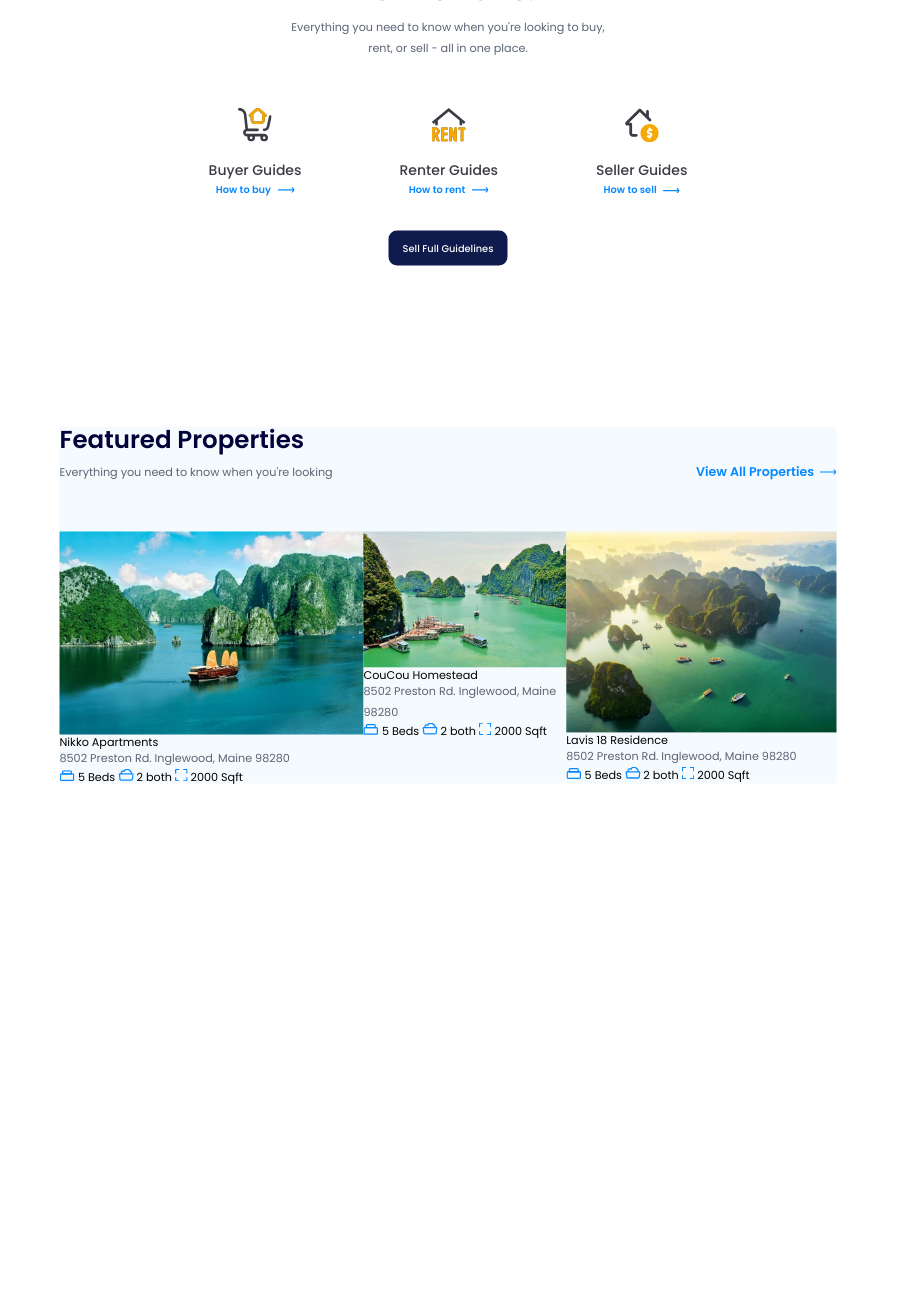
Repository: anhtien111198/f8-htmlcss-01
Page: index.html
An editor plug-in stored every save of this project. The page is shown before and after the next save, followed by the edit.
The browser window is 1280 px wide. The page is 1295 px wide, so the pictures cover 1295 px, including what lies to the right of the window. The pictures show the part of the page from y = 1275 to 3155 px (the page is 10000 px tall), at 70% of full size.

Above is the page before, as saved 2023-04-30 00:55:04.

### index.html
<!DOCTYPE html>
<html lang="en">
    <head>
        <meta charset="UTF-8" />
        <meta http-equiv="X-UA-Compatible" content="IE=edge" />
        <meta name="viewport" content="width=device-width, initial-scale=1.0" />
        <title>F8 project 01</title>
        <link rel="stylesheet" href="./assets/css/reset.css" />
        <link rel="stylesheet" href="./assets/fonts/stylesheet.css" />
        <link rel="stylesheet" href="./assets/css/styles.css" />
    </head>
    <body>
        <main style="height: 10000px">
            <!-- Header -->
            <header class="header">
                <div class="content">
                    <nav class="navbar">
                        <!-- logo -->
                        <img src="./assets/img/logo.svg" alt="Besnik." />
                        <!-- Navigation -->
                        <ul>
                            <li>
                                <a href="#!">Home</a>
                            </li>
                            <li>
                                <a href="#!">Features</a>
                            </li>
                            <li>
                                <a href="#!">Services</a>
                            </li>
                            <li>
                                <a href="#!">Resources</a>
                            </li>
                            <li>
                                <a href="#!">Contact</a>
                            </li>
                        </ul>
                        <!-- Action -->
                        <div class="action">
                            <a href="#!" class="action-link">Sign in</a>
                            <a href="#!" class="btn action-btn">Sing up</a>
                        </div>
                    </nav>

                    <div class="hero">
                        <div class="info">
                            <p class="sub-title">Welcome to Besnik Agency</p>
                            <h1 class="title">
                                Discover a place you'll love to live.
                            </h1>
                            <p class="desc">
                                get the best real estate deals first, before
                                they hit the mass market! HOT FORECLOSURE DEALS
                                with one simple search.
                            </p>
                            <a href="#!" class="btn hero-cta">More About Us</a>
                        </div>

                        <img
                            src="./assets/img/house illustration.svg"
                            alt="Discover a place you'll love to live."
                            class="hero-img"
                        />
                    </div>
                </div>
            </header>

            <!-- clients -->
            <div class="clients">
                <div class="content">
                    <div class="row">
                        <img src="./assets/img/logo.svg" alt="Besnik." />
                        <!-- start -->
                        <div class="start">
                            <img src="./assets/img/start.svg" alt="start" />
                            <img src="./assets/img/start.svg" alt="start" />
                            <img src="./assets/img/start.svg" alt="start" />
                            <img src="./assets/img/start.svg" alt="start" />
                            <img src="./assets/img/start.svg" alt="start" />
                        </div>
                    </div>
                    <div class="row row-desc">
                        <p class="desc">
                            More than 45,000+ companies trust besnik
                        </p>
                        <p class="desc">5 Star Ratings (2k+ Review)</p>
                    </div>
                    <div class="images">
                        <img src="./assets/img/client-1.svg" alt="client 1" />
                        <img src="./assets/img/client-2.svg" alt="client 2" />
                        <img src="./assets/img/client-3.svg" alt="client 3" />
                        <img src="./assets/img/client-4.svg" alt="client 4" />
                        <img src="./assets/img/client-5.svg" alt="client 5" />
                    </div>
                </div>
            </div>

            <!-- Guides -->
            <div class="guides">
                <div class="content">
                    <h2 class="sub-title">How its works?</h2>
                    <p class="desc">
                        Everything you need to know when you're looking to buy,
                        rent, or sell - all in one place.
                    </p>
                    <!-- list guide -->
                    <ul class="list-guide">
                        <li class="guide-item">
                            <img
                                src="./assets/img/buyer.svg"
                                alt="buyer"
                                class="icon"
                            />
                            <h3 class="title">Buyer Guides</h3>
                            <a href="#!" class="link">
                                <span>How to buy</span>
                                <img
                                    src="./assets/img/arow-right.svg"
                                    alt="arrow-right"
                                    class="arrow"
                                />
                            </a>
                        </li>
                        <li class="guide-item">
                            <img
                                src="./assets/img/renter.svg"
                                alt="renter"
                                class="icon"
                            />
                            <h3 class="title">Renter Guides</h3>
                            <a href="#!" class="link">
                                <span>How to rent</span>
                                <img
                                    src="./assets/img/arow-right.svg"
                                    alt="arrow-right"
                                    class="arrow"
                                />
                            </a>
                        </li>
                        <li class="guide-item">
                            <img
                                src="./assets/img/seller.svg"
                                alt="seller"
                                class="icon"
                            />
                            <h3 class="title">Seller Guides</h3>
                            <a href="#!" class="link">
                                <span>How to sell</span>
                                <img
                                    src="./assets/img/arow-right.svg"
                                    alt="arrow-right"
                                    class="arrow"
                                />
                            </a>
                        </li>
                    </ul>
                    <div class="guide-cta">
                        <a href="#!" class="btn">Sell Full Guidelines</a>
                    </div>
                </div>
            </div>

            <!-- Featured -->
            <div class="featured">
                <div class="content">
                    <header>
                        <h2 class="sub-title">Featured Properties</h2>
                        <div class="row">
                            <p class="desc">
                                Everything you need to know when you're looking
                            </p>
                            <a href="#!" class="link">
                                <span>View All Properties</span>
                                <img
                                    src="./assets/img/arow-right.svg"
                                    alt="arrow-right"
                                    class="arrow"
                                />
                            </a>
                        </div>
                    </header>
                    <div class="list">
                        <!-- Featured-item 1 -->
                        <div class="item">
                            <img
                                src="./assets/img/featuured-1.jpg"
                                alt="Nikko Apartments"
                                class="thumb"
                            />
                            <div class="body">
                                <h3 class="title">Nikko Apartments</h3>
                                <p class="desc">
                                    8502 Preston Rd. Inglewood, Maine 98280
                                </p>
                                <div class="info">
                                    <img
                                        src="./assets/img/bed.svg"
                                        alt=""
                                        class="icon"
                                    />
                                    <span class="label">5 Beds</span>

                                    <img
                                        src="./assets/img/both.svg"
                                        alt=""
                                        class="icon"
                                    />
                                    <span class="label">2 both</span>

                                    <img
                                        src="./assets/img/sqft.svg"
                                        alt=""
                                        class="icon"
                                    />
                                    <span class="label">2000 Sqft</span>
                                </div>
                            </div>
                        </div>

                        <!-- Featured-item 2 -->
                        <div class="item">
                            <img
                                src="./assets/img/featured-2.jpg"
                                alt="CouCou Homestead"
                                class="thumb"
                            />
                            <div class="body">
                                <h3 class="title">CouCou Homestead</h3>
                                <p class="desc">
                                    8502 Preston Rd. Inglewood, Maine 98280
                                </p>
                                <div class="info">
                                    <img
                                        src="./assets/img/bed.svg"
                                        alt=""
                                        class="icon"
                                    />
                                    <span class="label">5 Beds</span>

                                    <img
                                        src="./assets/img/both.svg"
                                        alt=""
                                        class="icon"
                                    />
                                    <span class="label">2 both</span>

                                    <img
                                        src="./assets/img/sqft.svg"
                                        alt=""
                                        class="icon"
                                    />
                                    <span class="label">2000 Sqft</span>
                                </div>
                            </div>
                        </div>

                        <!-- Featured-item 3 -->
                        <div class="item">
                            <img
                                src="./assets/img/featured-3.jpg"
                                alt="Lavis 18 Residence"
                                class="thumb"
                            />
                            <div class="body">
                                <h3 class="title">Lavis 18 Residence</h3>
                                <p class="desc">
                                    8502 Preston Rd. Inglewood, Maine 98280
                                </p>
                                <div class="info">
                                    <img
                                        src="./assets/img/bed.svg"
                                        alt=""
                                        class="icon"
                                    />
                                    <span class="label">5 Beds</span>

                                    <img
                                        src="./assets/img/both.svg"
                                        alt=""
                                        class="icon"
                                    />
                                    <span class="label">2 both</span>

                                    <img
                                        src="./assets/img/sqft.svg"
                                        alt=""
                                        class="icon"
                                    />
                                    <span class="label">2000 Sqft</span>
                                </div>
                            </div>
                        </div>
                    </div>
                </div>
            </div>
        </main>
    </body>
</html>

### assets/fonts/stylesheet.css
@font-face {
    font-family: "Poppins";
    src: url("Poppins/Poppins-Black.woff2") format("woff2"),
        url("Poppins/Poppins-Black.woff") format("woff");
    font-weight: 900;
    font-style: normal;
    font-display: swap;
}

@font-face {
    font-family: "Poppins";
    src: url("Poppins/Poppins-Bold.woff2") format("woff2"),
        url("Poppins/Poppins-Bold.woff") format("woff");
    font-weight: bold;
    font-style: normal;
    font-display: swap;
}

@font-face {
    font-family: "Poppins";
    src: url("Poppins/Poppins-BlackItalic.woff2") format("woff2"),
        url("Poppins/Poppins-BlackItalic.woff") format("woff");
    font-weight: 900;
    font-style: italic;
    font-display: swap;
}

@font-face {
    font-family: "Poppins";
    src: url("Poppins/Poppins-BoldItalic.woff2") format("woff2"),
        url("Poppins/Poppins-BoldItalic.woff") format("woff");
    font-weight: bold;
    font-style: italic;
    font-display: swap;
}

@font-face {
    font-family: "Poppins";
    src: url("Poppins/Poppins-ExtraBoldItalic.woff2") format("woff2"),
        url("Poppins/Poppins-ExtraBoldItalic.woff") format("woff");
    font-weight: bold;
    font-style: italic;
    font-display: swap;
}

@font-face {
    font-family: "Poppins";
    src: url("Poppins/Poppins-ExtraBold.woff2") format("woff2"),
        url("Poppins/Poppins-ExtraBold.woff") format("woff");
    font-weight: bold;
    font-style: normal;
    font-display: swap;
}

@font-face {
    font-family: "Poppins";
    src: url("Poppins/Poppins-ExtraLight.woff2") format("woff2"),
        url("Poppins/Poppins-ExtraLight.woff") format("woff");
    font-weight: 200;
    font-style: normal;
    font-display: swap;
}

@font-face {
    font-family: "Poppins";
    src: url("Poppins/Poppins-ExtraLightItalic.woff2") format("woff2"),
        url("Poppins/Poppins-ExtraLightItalic.woff") format("woff");
    font-weight: 200;
    font-style: italic;
    font-display: swap;
}

@font-face {
    font-family: "Poppins";
    src: url("Poppins/Poppins-LightItalic.woff2") format("woff2"),
        url("Poppins/Poppins-LightItalic.woff") format("woff");
    font-weight: 300;
    font-style: italic;
    font-display: swap;
}

@font-face {
    font-family: "Poppins";
    src: url("Poppins/Poppins-Light.woff2") format("woff2"),
        url("Poppins/Poppins-Light.woff") format("woff");
    font-weight: 300;
    font-style: normal;
    font-display: swap;
}

@font-face {
    font-family: "Poppins";
    src: url("Poppins/Poppins-Italic.woff2") format("woff2"),
        url("Poppins/Poppins-Italic.woff") format("woff");
    font-weight: normal;
    font-style: italic;
    font-display: swap;
}

@font-face {
    font-family: "Poppins";
    src: url("Poppins/Poppins-Regular.woff2") format("woff2"),
        url("Poppins/Poppins-Regular.woff") format("woff");
    font-weight: normal;
    font-style: normal;
    font-display: swap;
}

@font-face {
    font-family: "Poppins";
    src: url("Poppins/Poppins-MediumItalic.woff2") format("woff2"),
        url("Poppins/Poppins-MediumItalic.woff") format("woff");
    font-weight: 500;
    font-style: italic;
    font-display: swap;
}

@font-face {
    font-family: "Poppins";
    src: url("Poppins/Poppins-SemiBoldItalic.woff2") format("woff2"),
        url("Poppins/Poppins-SemiBoldItalic.woff") format("woff");
    font-weight: 600;
    font-style: italic;
    font-display: swap;
}

@font-face {
    font-family: "Poppins";
    src: url("Poppins/Poppins-Thin.woff2") format("woff2"),
        url("Poppins/Poppins-Thin.woff") format("woff");
    font-weight: 100;
    font-style: normal;
    font-display: swap;
}

@font-face {
    font-family: "Poppins";
    src: url("Poppins/Poppins-Medium.woff2") format("woff2"),
        url("Poppins/Poppins-Medium.woff") format("woff");
    font-weight: 500;
    font-style: normal;
    font-display: swap;
}

@font-face {
    font-family: "Poppins";
    src: url("Poppins/Poppins-SemiBold.woff2") format("woff2"),
        url("Poppins/Poppins-SemiBold.woff") format("woff");
    font-weight: 600;
    font-style: normal;
    font-display: swap;
}

@font-face {
    font-family: "Poppins";
    src: url("Poppins/Poppins-ThinItalic.woff2") format("woff2"),
        url("Poppins/Poppins-ThinItalic.woff") format("woff");
    font-weight: 100;
    font-style: italic;
    font-display: swap;
}

### assets/css/styles.css
* {
    box-sizing: border-box;
}
:root {
    --primary-color: #0f1b4c;
}
html {
    font-size: 62.5%;
}
body {
    font-size: 1.6rem;
    font-family: "Poppins", sans-serif;
}
/* common */
a {
    text-decoration: none;
}
.content {
    width: 1110px;
    max-width: calc(100% - 48px);
    margin-left: auto;
    margin-right: auto;
}
.btn {
    display: inline-block;
    min-width: 98px;
    padding: 18px 16px;
    background: var(--primary-color);
    border-radius: 12px;
    font-weight: 500;
    font-size: 1.4rem;
    text-align: center;
    color: #ffffff;
}
.btn:hover {
    opacity: 0.9;
}
/* =============heder============== */
.header {
    position: relative;
    background: #e6f0ff;
    height: 100vh;
}
.navbar {
    display: flex;
    align-items: center;
    padding-top: 38px;
}
.navbar ul {
    display: flex;
    margin-left: 50px;
    /* justify-content: center; */
}
.navbar .action {
    display: flex;
    align-items: center;
    margin-left: auto;
}
.navbar ul a {
    font-weight: 500;
    font-size: 1.4rem;
    color: #4f5361;
    padding: 8px 14px;
}
.navbar ul a:hover {
    text-decoration: underline;
}
.navbar .action-link {
    font-weight: 500;
    font-size: 1.4rem;
    color: var(--primary-color);
}
.navbar .action-btn {
    padding: 13px 16px;
    margin-left: 18px;
    border-radius: 8px;
}
.hero {
    margin-top: 130px;
}
.hero .info {
    width: 51%;
}
.hero .sub-title {
    font-weight: 500;
    font-size: 1.8rem;
    line-height: 1.5;
    letter-spacing: 0.01em;
    color: #687690;
}
.hero .title {
    margin-top: 8px;
    font-weight: 700;
    font-size: 6.2rem;
    line-height: 1.19;
    color: #000336;
}
.hero .desc {
    margin-top: 30px;
    font-weight: 400;
    font-size: 1.8rem;
    line-height: 1.78;
    text-transform: capitalize;
    color: #5a6473;
}
.hero-cta {
    min-width: 170px;
    margin-top: 40px;
}
.hero-img {
    position: absolute;
    right: calc((100vw - 1110px) / 2 - 100px);
    bottom: 0;
}
/* =========Client============ */
.clients {
    margin-top: 122px;
}
.clients .row {
    display: flex;
    justify-content: space-between;
}
.clients .desc {
    font-weight: 500;
    font-size: 1.6rem;
    line-height: 1.25;
    color: #7d8589;
}
.clients .row-desc {
    margin-top: 23px;
}
.clients .images {
    display: flex;
    align-items: center;
    justify-content: space-between;
    margin-top: 96px;
}
/* ====== guides ======== */
.guides {
    margin-top: 200px;
}
.guides .sub-title {
    position: relative;
    font-weight: 600;
    font-size: 3.5rem;
    line-height: 1;
    text-align: center;
    color: #000339;
    /* padding-top: 10px; */
}
.guides .sub-title::before {
    content: "";
    top: -10px;
    left: 50%;
    transform: translateX(-50%);
    display: inline-block;
    position: absolute;
    width: 41px;
    height: 4px;
    background: #000339;
    border-radius: 12px;
}
.guides .desc {
    max-width: 459px;
    margin: 20px auto 0;
    font-weight: 400;
    font-size: 1.6rem;
    line-height: 1.88;
    text-align: center;
    color: #5a6473;
}
.list-guide {
    margin-top: 70px;
    display: flex;
    justify-content: center;
}
.guide-item {
    padding: 0 70px;
    text-align: center;
}
.guide-item .title {
    margin-top: 26px;
    font-weight: 500;
    font-size: 2rem;
    line-height: 1.1;
    color: #3b3c45;
}
.guide-item .link {
    display: inline-block;
    margin-top: 10px;
    font-weight: 600;
    font-size: 1.4rem;
    color: #0689ff;
}
.guide-item .arrow {
    margin-left: 6px;
}
.guide-cta {
    display: flex;
    justify-content: center;
    margin-top: 50px;
}
.guide-cta .btn {
    min-width: 170px;
}
/* ======== Featured=========== */
.featured {
    margin-top: 230px;
}
.featured .content {
    background: #f5fafe;
}
.featured .sub-title {
    font-weight: 600;
    font-size: 3.5rem;
    line-height: 1;
    color: #000339;
}
.featured .row {
    display: flex;
    justify-content: space-between;
    margin-top: 15px;
}
.featured .desc {
    font-weight: 400;
    font-size: 1.6rem;
    line-height: 1.88;
    color: #5a6473;
}
.featured .link {
    display: flex;
    align-items: center;
    font-weight: 600;
    font-size: 1.8rem;
    color: #0689ff;
}
.featured .link .arrow {
    margin-left: 8px;
}

.featured .list {
    display: flex;
    margin-top: 70px;
}
.featured .item .thumb {
    width: 100%;
}

Loaded but not shown: assets/css/reset.css (common file)

After the next save:
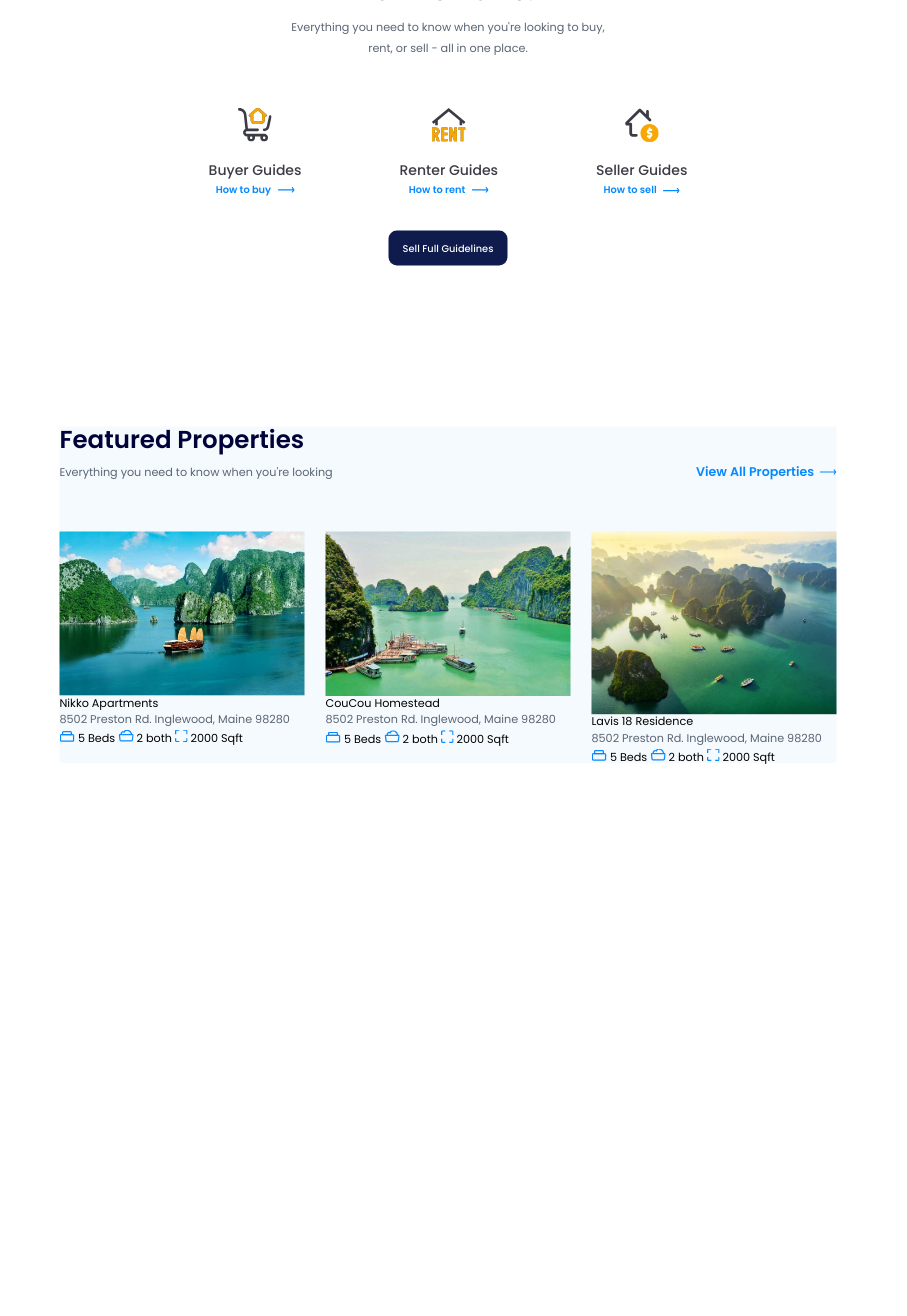
Saved 44 s later.
--- a/assets/css/styles.css
+++ b/assets/css/styles.css
@@ -240,7 +240,11 @@
 
 .featured .list {
     display: flex;
+    gap: 30px;
     margin-top: 70px;
+}
+.featured .item {
+    flex: 1;
 }
 .featured .item .thumb {
     width: 100%;
